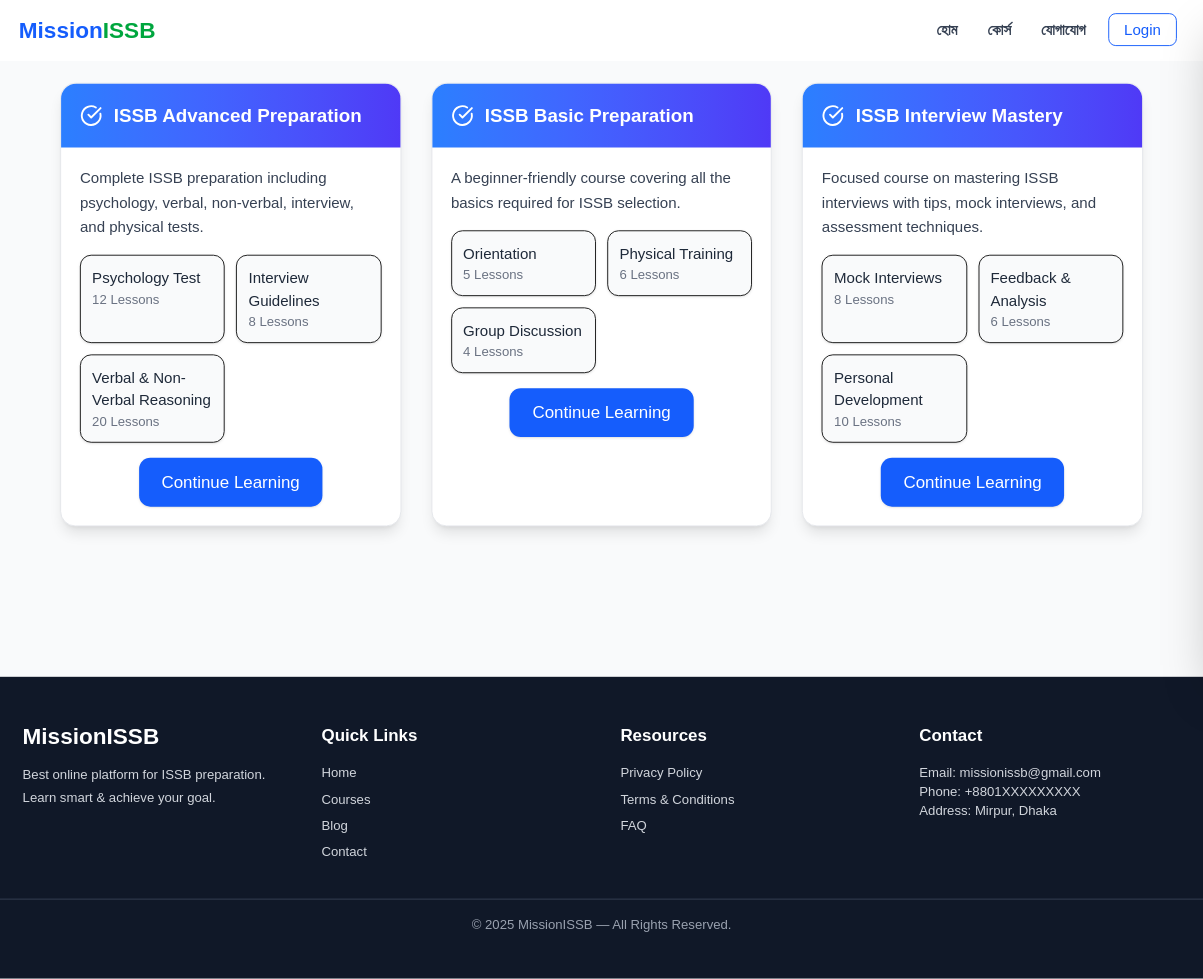
Repository: mdmuhibullahhabib/missionissb
Page: /mycourse
An editor plug-in stored every save of this project. The page is shown before and after the next save, followed by the edit.
The browser window is 1280 px wide. The pictures show the whole page, at 94% of full size.
The page's requests for data from a server got no answer. The project was rebuilt for these pictures with package versions that can differ from the ones it lists, and the page was loaded fresh each time. The framework's server and built-in components were replaced by stand-ins that run in the browser. No one was signed in, and anything a server would have sent is missing. Also part of the build but not shown: next.config.mjs.

Above is the page before, as saved 2025-12-09 22:58:59.

### app/layout.js
import { Geist, Geist_Mono } from 'next/font/google'
import './globals.css'
import Footer from '@/components/shared/Footer'
import Navbar from '@/components/shared/Navbar'
import NextAuthProvider from './providers/NextAuthProvider'
import LayoutWrapper from '@/components/LayoutWrapper'

const geistSans = Geist({
  variable: '--font-geist-sans',
  subsets: ['latin']
})

const geistMono = Geist_Mono({
  variable: '--font-geist-mono',
  subsets: ['latin']
})

export const metadata = {
  title: 'Mission ISSB',
  description: 'Generated by create next app'
}

export default function RootLayout({ children }) {
  return (
    <html lang='en' suppressHydrationWarning={true}>
      <body
        className={`${geistSans.variable} ${geistMono.variable} antialiased`}
      >
        <NextAuthProvider>

                    <LayoutWrapper>{children}</LayoutWrapper>


          {/* <Navbar />

          {children}

          <Footer /> */}
        </NextAuthProvider>
      </body>
    </html>
  )
}

### app/mycourse/page.jsx
"use client";
import React from "react";
import Link from "next/link";
import { CheckCircle } from "lucide-react";

// Fake Courses Data
const fakeCourses = [
  {
    id: "issb-101",
    title: "ISSB Advanced Preparation",
    description:
      "Complete ISSB preparation including psychology, verbal, non-verbal, interview, and physical tests.",
    modules: [
      { id: "m1", title: "Psychology Test", lessons: 12 },
      { id: "m2", title: "Interview Guidelines", lessons: 8 },
      { id: "m3", title: "Verbal & Non-Verbal Reasoning", lessons: 20 }
    ]
  },
  {
    id: "issb-102",
    title: "ISSB Basic Preparation",
    description:
      "A beginner-friendly course covering all the basics required for ISSB selection.",
    modules: [
      { id: "m1", title: "Orientation", lessons: 5 },
      { id: "m2", title: "Physical Training", lessons: 6 },
      { id: "m3", title: "Group Discussion", lessons: 4 }
    ]
  },
  {
    id: "issb-103",
    title: "ISSB Interview Mastery",
    description:
      "Focused course on mastering ISSB interviews with tips, mock interviews, and assessment techniques.",
    modules: [
      { id: "m1", title: "Mock Interviews", lessons: 8 },
      { id: "m2", title: "Feedback & Analysis", lessons: 6 },
      { id: "m3", title: "Personal Development", lessons: 10 }
    ]
  }
];

export default function CoursesPage() {
  return (
    <div className="min-h-screen bg-gray-50 py-10 pt-2 px-4">
      <div className="max-w-6xl mx-auto">
        <h1 className="text-4xl font-bold text-center mb-10">
          🎓 My Purchased Courses
        </h1>

        <div className="grid lg:grid-cols-3 md:grid-cols-2 grid-cols-1 gap-8">
          {fakeCourses.map((course) => (
            <div
              key={course.id}
              className="bg-white rounded-2xl shadow-lg border border-gray-200 hover:scale-105 transform transition-all duration-300"
            >
              {/* Card Header */}
              <div className="bg-gradient-to-r from-blue-500 to-indigo-600 rounded-t-2xl p-5 flex items-center gap-3">
                <CheckCircle className="text-white w-6 h-6" />
                <h2 className="text-white font-semibold text-xl">{course.title}</h2>
              </div>

              {/* Description */}
              <div className="p-5 space-y-4">
                <p className="text-gray-700 text-base leading-relaxed">
                  {course.description}
                </p>

                {/* Modules */}
                <div className="grid sm:grid-cols-2 gap-3">
                  {course.modules.map((module) => (
                    <Link
                      href={`/courses/${course.id}/module/${module.id}`}
                      key={module.id}
                      className="border p-3 rounded-xl bg-gray-50 hover:bg-gray-100 shadow-sm transition"
                    >
                      <h3 className="font-medium text-gray-800">{module.title}</h3>
                      <p className="text-gray-500 text-sm">{module.lessons} Lessons</p>
                    </Link>
                  ))}
                </div>

                {/* Continue Button */}
                <div className="mt-4 text-center">
                  <button className="px-6 py-3 bg-blue-600 text-white rounded-xl text-lg shadow hover:bg-blue-700 transition">
                    Continue Learning
                  </button>
                </div>
              </div>
            </div>
          ))}
        </div>
      </div>
    </div>
  );
}

### components/shared/Footer.jsx
"use client";
import Link from "next/link";

export default function Footer() {
  return (
    <footer className="bg-gray-900 text-gray-300 py-12">
      <div className="max-w-7xl mx-auto grid grid-cols-1 md:grid-cols-4 gap-10 px-6">

        {/* Column 1 */}
        <div>
          <h2 className="text-2xl font-bold text-white">MissionISSB</h2>
          <p className="mt-3 text-sm leading-6">
            Best online platform for ISSB preparation.
            Learn smart & achieve your goal.
          </p>
        </div>

        {/* Column 2 */}
        <div>
          <h3 className="text-lg font-semibold text-white mb-4">Quick Links</h3>
          <ul className="space-y-2 text-sm">
            <li><Link href="/" className="hover:text-white">Home</Link></li>
            <li><Link href="/courses" className="hover:text-white">Courses</Link></li>
            <li><Link href="/blog" className="hover:text-white">Blog</Link></li>
            <li><Link href="/contact" className="hover:text-white">Contact</Link></li>
          </ul>
        </div>

        {/* Column 3 */}
        <div>
          <h3 className="text-lg font-semibold text-white mb-4">Resources</h3>
          <ul className="space-y-2 text-sm">
            <li><Link href="/privacy" className="hover:text-white">Privacy Policy</Link></li>
            <li><Link href="/terms" className="hover:text-white">Terms & Conditions</Link></li>
            <li><Link href="/faq" className="hover:text-white">FAQ</Link></li>
          </ul>
        </div>

        {/* Column 4 */}
        <div>
          <h3 className="text-lg font-semibold text-white mb-4">Contact</h3>
          <p className="text-sm">Email: missionissb@gmail.com</p>
          <p className="text-sm">Phone: +8801XXXXXXXXX</p>
          <p className="text-sm">Address: Mirpur, Dhaka</p>
        </div>
      </div>

      <div className="mt-10 border-t border-gray-700 pt-4 text-center text-gray-400 text-sm">
        © {new Date().getFullYear()} MissionISSB — All Rights Reserved.
      </div>
    </footer>
  );
}

### components/shared/Navbar.jsx
"use client";
import { useState, useEffect } from "react";
import Link from "next/link";
import { FiMenu, FiX } from "react-icons/fi";
import { useSession } from "next-auth/react";
import { useRouter } from "next/navigation";
import DrawerMenu from "../user/UserDrawerMenu";


// Fake user data
const fakeUser = {
    name: "Muhibullah Habib",
    email: "muhib@example.com",
    avatar: "https://i.pravatar.cc/100?img=11",
    role: "admin",
};

export default function Navbar() {
    const [open, setOpen] = useState(false);
    const [scroll, setScroll] = useState(false);
    const router = useRouter();
        const [drawerOpen, setDrawerOpen] = useState(false);
    const [userDrawerOpen, setUserDrawerOpen] = useState(false);
    const { data: session, status } = useSession();
    console.log(session)
    console.log(status)

    // Scroll detection for shadow effect
    useEffect(() => {
        const handleScroll = () => {
            setScroll(window.scrollY > 10);
        };
        window.addEventListener("scroll", handleScroll);
        return () => window.removeEventListener("scroll", handleScroll);
    }, []);

    const navLinks = [
        { name: "হোম", href: "/" },
        { name: "কোর্স", href: "/courses" },
        { name: "যোগাযোগ", href: "/contact" },
    ];

    // User icon click
    const handleUserClick = () => {
        if (status == "authenticated") {
            setUserDrawerOpen(true);
        } else {
            router.push("/auth");
        }
    };

    return (
        <>
            <nav
                className={`w-full fixed top-0 z-50 transition-all ${scroll ? "bg-white shadow-md" : "bg-white"
                    }`}
            >
                <div className="max-w-7xl mx-auto px-5 py-3 flex justify-between items-center">

                    {/* Logo */}
                    <Link href="/" className="text-2xl font-bold text-blue-600">
                        Mission<span className="text-green-600">ISSB</span>
                    </Link>


                    {/* Auth Buttons */}
                    <div className="hidden items-center md:flex gap-4">
                        {/* Desktop Menu */}
                        <div className="hidden md:flex gap-8">
                            {navLinks.map((link) => (
                                <Link
                                    key={link.name}
                                    href={link.href}
                                    className="text-gray-700 font-semibold hover:text-blue-600 transition font-medium"
                                >
                                    {link.name}
                                </Link>
                            ))}
                        </div>

                        {/* User Icon */}
                        <button
                            onClick={handleUserClick}
                            className="p-2 rounded-full hover:bg-gray-100 transition duration-150"
                        >
                            {status == "authenticated" ? (
                                <img
                                    src={fakeUser?.avatar}
                                    alt="user"
                                    className="h-8 w-8 rounded-full border"
                                />
                            ) : (
                                <Link
                                    href="/auth"
                                    className="px-4 py-2 border border-blue-600 text-blue-600 rounded-lg hover:bg-blue-600 hover:text-white transition"
                                >
                                    Login
                                </Link>
                            )}
                        </button>
                    </div>

                    {/* Mobile Toggle */}
                    <button onClick={() => setOpen(!open)} className="md:hidden text-3xl">
                        {open ? <FiX /> : <FiMenu />}
                    </button>
                </div>

                {/* Mobile Menu */}
                <div
                    className={`md:hidden bg-white fixed top-[64px] left-0 w-full h-screen transition-all duration-300 ${open ? "translate-y-0 opacity-100" : "-translate-y-5 opacity-0 pointer-events-none"
                        }`}
                >
                    <div className="flex flex-col gap-6 px-6 py-6 text-lg">
                        {navLinks.map((link) => (
                            <Link
                                key={link.name}
                                href={link.href}
                                onClick={() => setOpen(false)}
                                className="text-gray-700 hover:text-blue-600"
                            >
                                {link.name}
                            </Link>
                        ))}

                        <hr />

                        <Link
                            href="/auth/login"
                            onClick={() => setOpen(false)}
                            className="text-blue-600 font-semibold"
                        >
                            Login
                        </Link>
                    </div>
                </div>
            </nav>

            <DrawerMenu
                isOpen={userDrawerOpen}
                onClose={() => setUserDrawerOpen(false)}
                // user={user}
            />
        </>
    );
}

### app/providers/NextAuthProvider.jsx
"use client"
import { SessionProvider } from 'next-auth/react'
import React from 'react'

const NextAuthProvider = ({ children }) => {
    return <SessionProvider>{children}</SessionProvider>
}

export default NextAuthProvider;

### components/LayoutWrapper.jsx
"use client";

import { usePathname } from "next/navigation";
import Navbar from "./shared/Navbar";
import Footer from "./shared/Footer";

export default function LayoutWrapper({ children }) {
  const pathname = usePathname();
  const isAdmin = pathname.startsWith("/admin");
  const isAuth = pathname.startsWith("/auth");

  return (
    <>
      {!isAdmin && !isAuth && <Navbar />}

      <main>{children}</main>

      {!isAdmin && !isAuth && <Footer />}
    </>
  );
}

### components/user/UserDrawerMenu.jsx
"use client";

import { FiX, FiUser, FiShoppingBag, FiSettings, FiGrid, FiLogOut } from "react-icons/fi";
import { motion, AnimatePresence } from "framer-motion";
import Image from "next/image";
import { useRouter } from "next/navigation";
import { useSession } from "next-auth/react";
import Link from "next/link";

export default function DrawerMenu({ isOpen, onClose, user = {} }) {
  const router = useRouter();
      const { data: session, status } = useSession();
      console.log(session)

  const handleNavigate = (path) => {
    onClose();
    router.push(path);
  };

  const handleLogout = () => {
    // You can replace with your logout logic
    console.log("User logged out");
    onClose();
  };

  const isAdmin = user?.role === "admin";

  return (
    <>
      {/* Overlay */}
      <AnimatePresence>
        {isOpen && (
          <motion.div
            initial={{ opacity: 0 }}
            animate={{ opacity: 1 }}
            exit={{ opacity: 0 }}
            onClick={onClose}
            className="fixed inset-0 bg-black/30 backdrop-blur-sm z-40 cursor-pointer"
          />
        )}
      </AnimatePresence>

      {/* Drawer */}
      <motion.div
        initial={{ x: "100%" }}
        animate={{ x: isOpen ? 0 : "100%" }}
        exit={{ x: "100%" }}
        transition={{ type: "spring", stiffness: 100, damping: 20 }}
        className="fixed top-0 right-0 h-full w-80 sm:w-96 bg-white shadow-2xl z-50 flex flex-col"
      >
        {/* Header */}
        <div className="flex justify-between items-center p-4 border-b">
          <div className="flex items-center gap-3">
            <Image
              src={user?.photo || "https://i.ibb.co/5j9n3yH/default-avatar.png"}
              width={40}
              height={40}
              alt="User avatar"
              className="rounded-full object-cover"
            />
            <div>
              <p className="font-semibold text-gray-800">
                {user?.name || "Guest User"}
              </p>
              <p className="text-xs text-gray-500">
                {isAdmin ? "Administrator" : "Regular User"}
              </p>
            </div>
          </div>
          <button onClick={onClose} className="text-gray-600 hover:text-red-500">
            <FiX className="h-6 w-6" />
          </button>
        </div>

        {/* Menu Items */}
        <div className="flex-1 overflow-y-auto p-5 space-y-4 text-gray-700">
          <button
            onClick={() => handleNavigate("/profile")}
            className="flex items-center gap-3 w-full p-3 rounded-xl hover:bg-gray-100 transition"
          >
            <FiUser className="text-red-500" />
            <span>My Profile</span>
          </button>

          <Link
          href={"/mycourse"}
            // onClick={() => handleNavigate("/mycourse")}
            className="flex items-center gap-3 w-full p-3 rounded-xl hover:bg-gray-100 transition"
          >
            <FiShoppingBag className="text-red-500" />
            <span>My Courses</span>
          </Link>

          {isAdmin && (
            <button
              onClick={() => handleNavigate("/admin/dashboard")}
              className="flex items-center gap-3 w-full p-3 rounded-xl hover:bg-gray-100 transition"
            >
              <FiGrid className="text-red-500" />
              <span>Admin Dashboard</span>
            </button>
          )}
        </div>

        {/* Footer */}
        <div className="border-t p-4">
          <button
            onClick={handleLogout}
            className="flex items-center justify-center gap-2 w-full py-2 bg-red-600 text-white font-medium rounded-xl hover:bg-red-700 transition"
          >
            <FiLogOut />
            Logout
          </button>
        </div>
      </motion.div>
    </>
  );
}

Loaded but not shown: app/globals.css (common file)

After the next save:
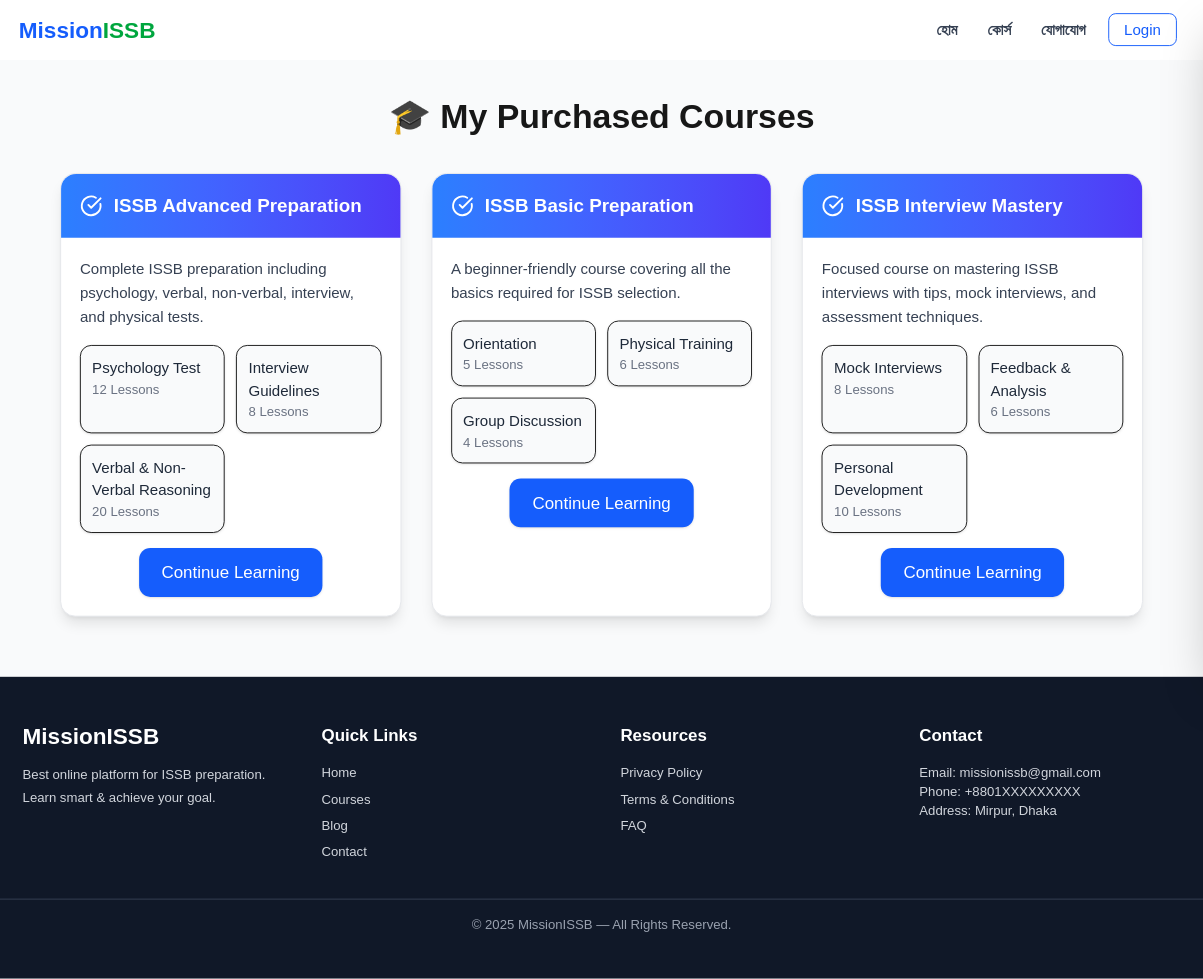
Saved 6 s later.
--- a/app/mycourse/page.jsx
+++ b/app/mycourse/page.jsx
@@ -42,7 +42,7 @@ const fakeCourses = [
 
 export default function CoursesPage() {
   return (
-    <div className="min-h-screen bg-gray-50 py-10 pt-2 px-4">
+    <div className="min-h-screen bg-gray-50 py-10 pt-26 px-4">
       <div className="max-w-6xl mx-auto">
         <h1 className="text-4xl font-bold text-center mb-10">
           🎓 My Purchased Courses
